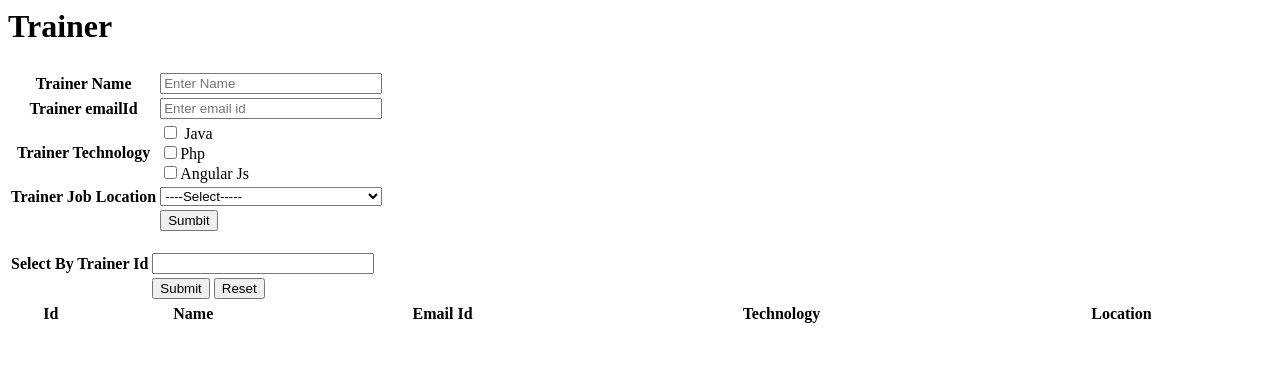
Repository: Dipak27/Dipak-s-front-end
Page: http://localhost/Traning_Management/trainercreate.jsp
These files come from the project's save history. The page is drawn as it stood at one moment and after the next save; the edit follows.
The browser window is 1280 px wide. The pictures show the whole page.
The page is served by Tomcat 9. Other server files are loaded and not shown.

Above is the page before, as saved 2016-11-10 07:46:51.

### Training Management Project/Traning_Management/src/main/webapp/trainercreate.jsp
	<!-- CONTENTS START -->

		<div class="container_24" ng-controller="TrainerController as trn">
			<div class="grid_24">

				<div class="contents">

					<div class="padding_20">
						<h1>Trainer</h1>
					</div>
						<div class="grid_6 alpha">

								<div class="padding_20 text-justify">
										<form ng-submit="submit()" name="trnfrm">
									<table class="form-table" style="width:auto">


                        					<tr>
                        						<td><input type="hidden" ng-model="trn.trainer.trainer_id"></td>
                        					</tr>
                        					<tr>
												<th>
														Trainer Name
												</th>
												<td>
													<input id="trainername" type="text"  class="validate[required]" ng-model="trn.trainer.trainer_name" style="width:120%" placeholder="Enter Name" value=""  />
												</td>

											</tr>

												<tr>
												<th>
														Trainer emailId
												</th>
												<td>
													<input id="traineremail" type="text"  class="validate[required]" ng-model="trn.trainer.trainer_email_id" style="width:120%" placeholder="Enter email id" value=""  />
												</td>

											</tr>
                        					<tr>
												<th>
														Trainer Technology
												</th>
												<td>
													<input type="checkbox" ng-model="trn.trainer.trainer_technology" value="java"> Java<br>
  													<input type="checkbox" name="trn.trainer.trainer_technology" value="php">Php<br>
  													<input type="checkbox" name="trn.trainer.trainer_technology" value="angularjs">Angular Js<br>
												</td>

											</tr>
										<tr>
											<th>
												Trainer Job Location
											</th>
											<td>
												<select id="select1"  class="validate[required]" ng-model="trn.trainer.trainer_location" style="width:120%"  >
													<option value="null">----Select-----</option>
                                        			<option value="pune">Pune</option>
                                        			<option value="hyderabad">Hyderabad</option>
                                        			<option value="gandhinagar">Gandinagar</option>

												</select>
											</td>
										</tr>

										<tr>
											<th>
												&nbsp;
											</th>
											<td>
												<input id="Submit1" type="submit" value="Sumbit"  />
											</td>
										</tr>

									</table>
								</form>
							</div>

						</div>

						<div class="grid_28 omega">

							<div class="padding_20 text-justify" ng-controller="">
								<form id="frmMain"  class="frmMain" ng-submit="submitsearch()">
									<table class="form-table" style="width:auto">

											<tr>
												<th>
													Select By Trainer Id
												</th>
												<td><input type="text" class="validate[required]" name="title" style="width:120%" ng-model="trn.trainer.trainer_id" value=""></td>

											</tr>

										<tr>
											<th>
												&nbsp;
											</th>
											<td>
												<input id= "Submit1" type="submit" value="Submit"/>
												<input id="Reset1" type="reset" value="Reset" onclick="this.form.clear();" />
										</td>
										</tr>


												<table border='0' width='100%' class='table11'>
												<tr>
														<th> Id</th>
														<th>Name</th>
														<th>Email Id</th>
														<th>Technology</th>
														<th>Location</th>


												</tr>


													<tr>

														<td></td>
														<td></td>
														<td></td>
														<td></td>



														</tr>

												     </table>


									</table>
								</form>
							</div>

						</div>


					<div class="clear"></div>
				</div>
			</div>
		</div>
		<div class="clear"> </div>

		<!-- CONTENTS END -->

After the next save:
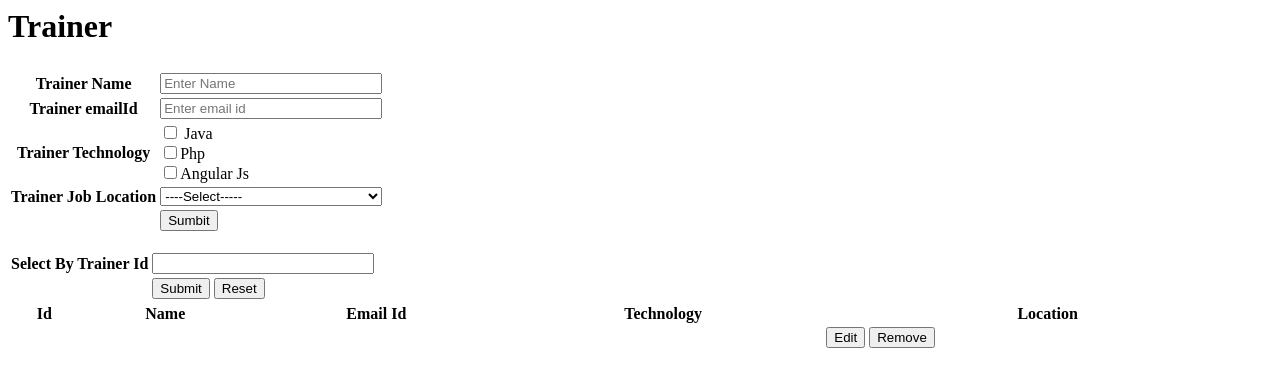
Saved 2 min 5 s later.
--- a/Training Management Project/Traning_Management/src/main/webapp/trainercreate.jsp
+++ b/Training Management Project/Traning_Management/src/main/webapp/trainercreate.jsp
@@ -114,14 +114,16 @@
 
 												</tr>
 
+													<tr ng-repeat="t in trn.employees">
 
-													<tr>
-
-														<td></td>
-														<td></td>
-														<td></td>
-														<td></td>
-
+														<td><span ng-bind="t.trainer_id"></span></td>
+							                              <td><span ng-bind="t.trainer_name"></span></td>
+							                              <td><span ng-bind="t.trainer_email_id"></span></td>
+							                              <td><span ng-bind="e.emp_location"></span></td>
+							                              <td>
+							                              <button type="button" ng-click="emp.edit(e.emp_id)" >Edit</button>
+							                              <button type="button" ng-click="emp.remove(e.emp_id)">Remove</button>
+							                              </td>
 
 
 														</tr>
